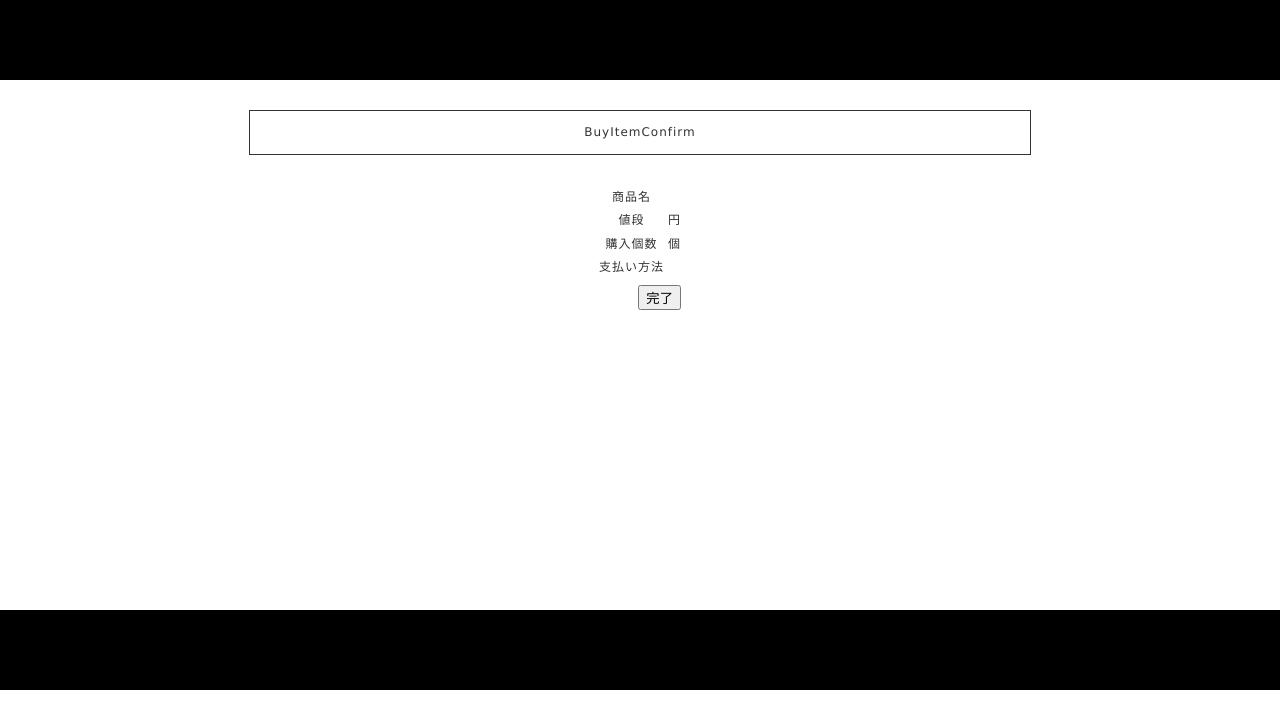
Repository: kousuke-2047/test
Page: http://localhost/template/buyItemConfirm.jsp
The author's editor kept a copy of each file at every save. The page is drawn from the files as they stood at one save, then again after the next save.
The browser window is 1280 px wide. The pictures show the whole page.
The page is served by Tomcat 9. Other server files are loaded and not shown.

Above is the page before, as saved 2018-05-30 05:50:33.

### template/WebContent/buyItemConfirm.jsp
<%@ page language="java" contentType="text/html; charset=UTF-8"
    pageEncoding="UTF-8"%>
<%@ taglib prefix ="s" uri ="/struts-tags" %>
<!DOCTYPE html>
<html>
<head>
<meta http-equiv="Content-Type" content="text/html; charset=UTF-8">
<meta http-equiv="Content-Style-Type" content="text/css"/>
<meta http-equiv="Content-Script-Type" content="text/javascript"/>
<meta http-equiv="imagetoolbar" content="no"/>
<meta name="description" content=""/>
<meta name="keywords" content=""/>

<title>buyItemConfirm画面</title>

<style type = "text/css">
body{
margin:0;
padding:0;
line-height:1.6;
letter-spacing:1px;
font-family:Verdana,Helvetica,sans-serif;
font-size:12px;
color:#333;
background:#fff;
}

table{
text-align:center;
margin:0 auto;
}
/*======ID Layout====*/

#top{
width:780px;
margin:30px auto;
border:1px solid #333;
}
#header{
width:100%;
height:80px;
background-color:black;
}
#main{
width:100%;
height:500px;
text-align:center;
}
#footer{
width:100%;
height:80px;
background-color:black;
clear:both;
}
</style>
</head>
<body>
	<div id="header">
		<div id ="pr">
		</div>
	</div>
	<div id="main">
		<div id = "top">
			<p>BuyItemConfirm</p>
		</div>
		<div>
			<s:form action="BuyItemConfirmAction">
			<table>
			<tr>
				<td>商品名</td>
				<td><s:property value="session.buyItem_name"/></td>
			</tr>
			<tr>
				<td>値段</td>
				<td><s:property value="session.buyItem_price"/>
				<span>円</span>
				</td>
			</tr>
			<tr>
				<td>購入個数</td>
				<td><s:property value="session.stock"/>
				<span>個</span>
				</td>
			</tr>
			<tr>
				<td>支払い方法</td>
				<td><s:property value="session.pay"/></td>
			</tr>
			<tr>
				<td><s:submit value ="完了"/></td>
			</tr>
		</table>
		</s:form>
		</div>
	</div>
	<div id ="footer">
		<div id ="pr">
		</div>
	</div>

</body>
</html>

After the next save:
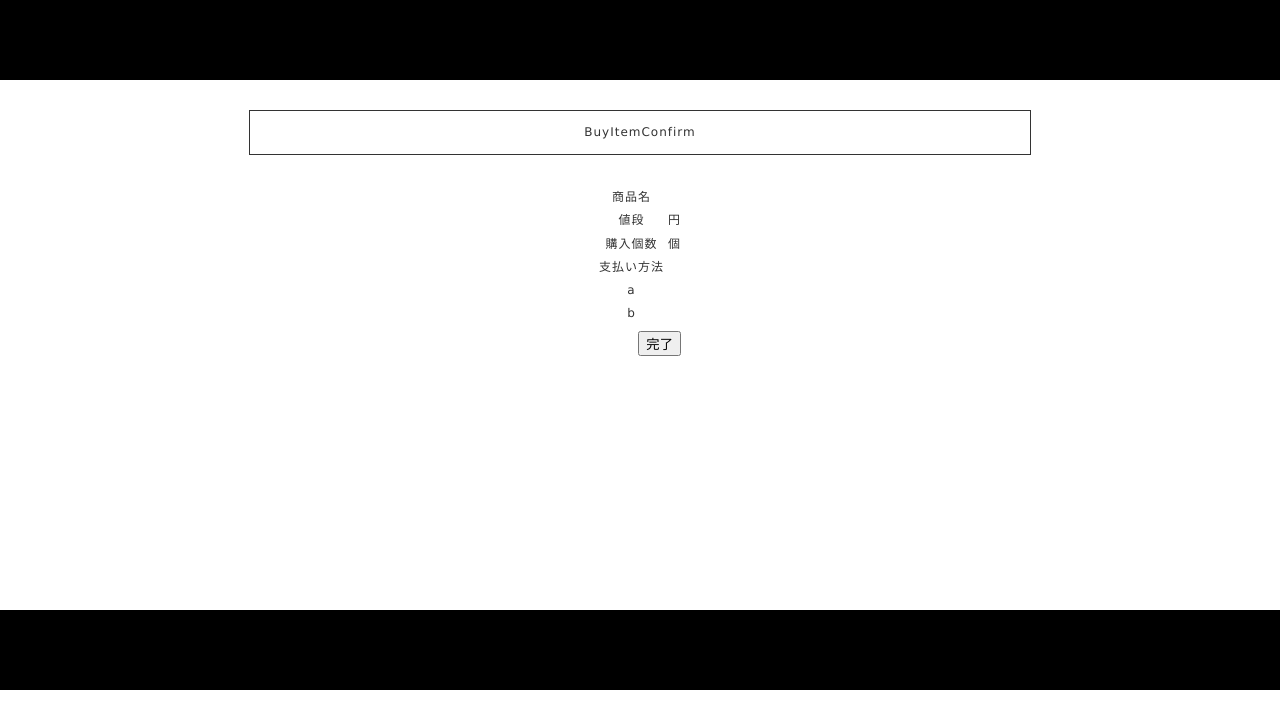
Saved 33 min 24 s later.
--- a/template/WebContent/buyItemConfirm.jsp
+++ b/template/WebContent/buyItemConfirm.jsp
@@ -87,6 +87,14 @@
 				<td><s:property value="session.pay"/></td>
 			</tr>
 			<tr>
+				<td>a</td>
+				<td><s:property value="session.id"/></td>
+			</tr>
+			<tr>
+				<td>b</td>
+				<td><s:property value="session.login_user_id"/></td>
+			</tr>
+			<tr>
 				<td><s:submit value ="完了"/></td>
 			</tr>
 		</table>
